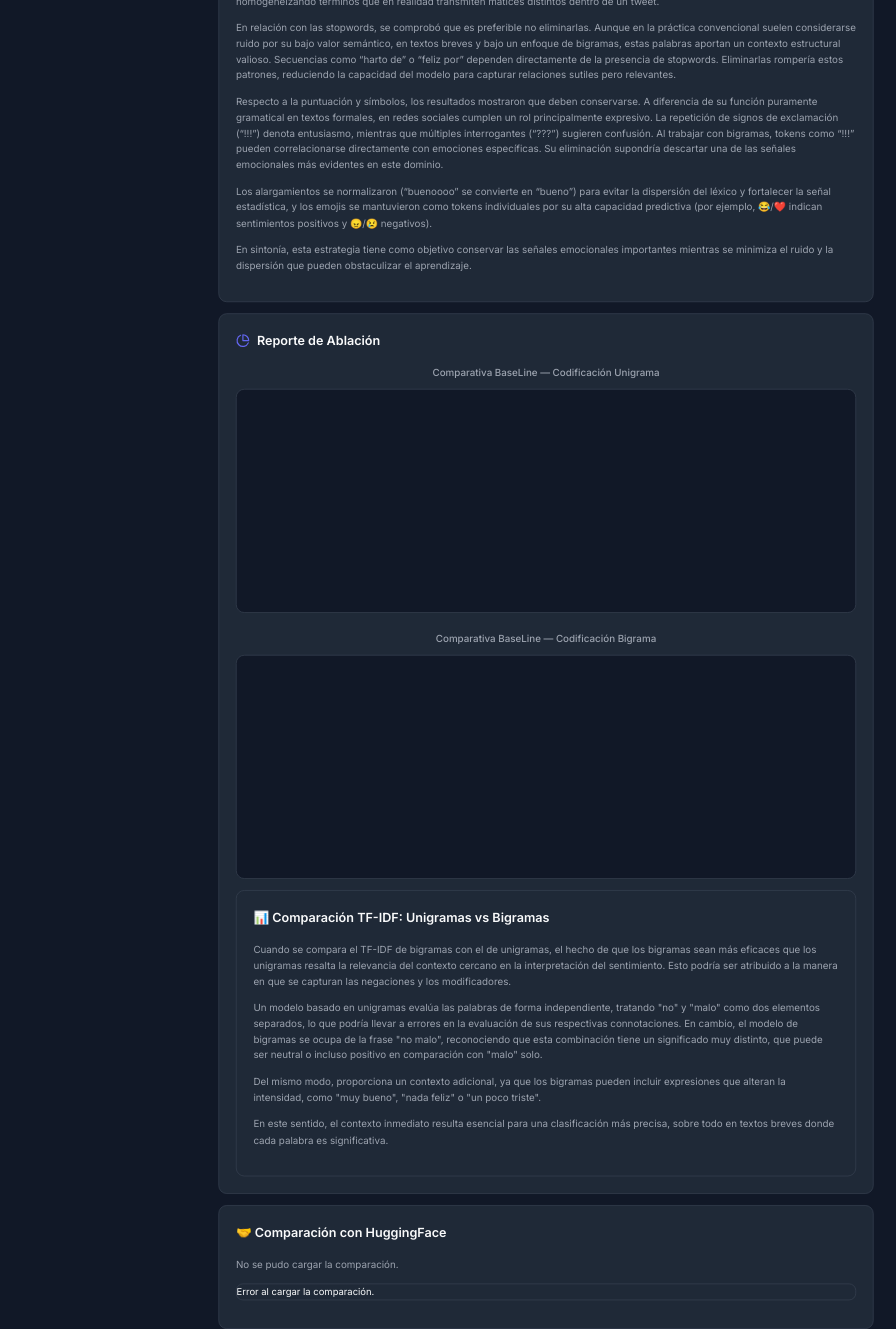
Repository: sergio285/NLP-Sentiment-analysis
Page: pagina/templates/index.html
The author's editor kept a record of every edit. The page is drawn from the files as they stood at one moment, then again after the next edit.
The browser window is 1280 px wide. The pictures show the part of the page from y = 1222 to 3142 px (the page is 3120 px tall before and 3142 px after), at 70% of full size.
A picture or video elsewhere on the page could not be fetched, so the positions and the page height are approximate. The page's requests for data from a server got no answer.

Above is the page before.

After the next edit:
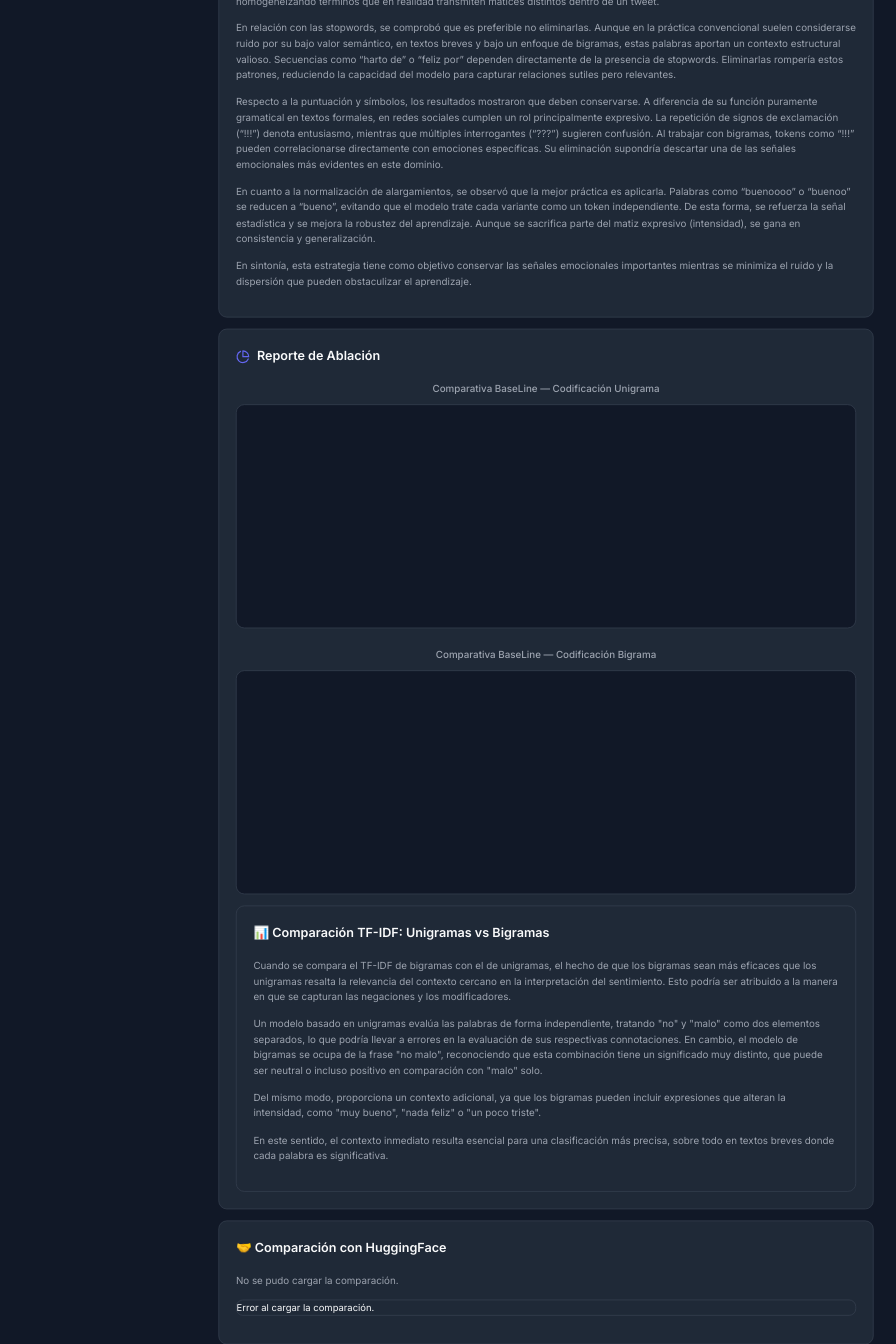
The edit:
--- a/pagina/templates/index.html
+++ b/pagina/templates/index.html
@@ -202,7 +202,7 @@
                         Respecto a la puntuación y símbolos, los resultados mostraron que deben conservarse. A diferencia de su función puramente gramatical en textos formales, en redes sociales cumplen un rol principalmente expresivo. La repetición de signos de exclamación (“!!!”) denota entusiasmo, mientras que múltiples interrogantes (“???”) sugieren confusión. Al trabajar con bigramas, tokens como “!!!” pueden correlacionarse directamente con emociones específicas. Su eliminación supondría descartar una de las señales emocionales más evidentes en este dominio.
                     </p>
                     <p class="card-subtitle">
-                        Los alargamientos se normalizaron (“buenoooo” se convierte en “bueno”) para evitar la dispersión del léxico y fortalecer la señal estadística, y los emojis se mantuvieron como tokens individuales por su alta capacidad predictiva (por ejemplo, 😂/❤️ indican sentimientos positivos y 😠/😢 negativos).
+                        En cuanto a la normalización de alargamientos, se observó que la mejor práctica es aplicarla. Palabras como “buenoooo” o “buenoo” se reducen a “bueno”, evitando que el modelo trate cada variante como un token independiente. De esta forma, se refuerza la señal estadística y se mejora la robustez del aprendizaje. Aunque se sacrifica parte del matiz expresivo (intensidad), se gana en consistencia y generalización.
                     </p>
                     <p class="card-subtitle">
                         En sintonía, esta estrategia tiene como objetivo conservar las señales emocionales importantes mientras se minimiza el ruido y la dispersión que pueden obstaculizar el aprendizaje.
